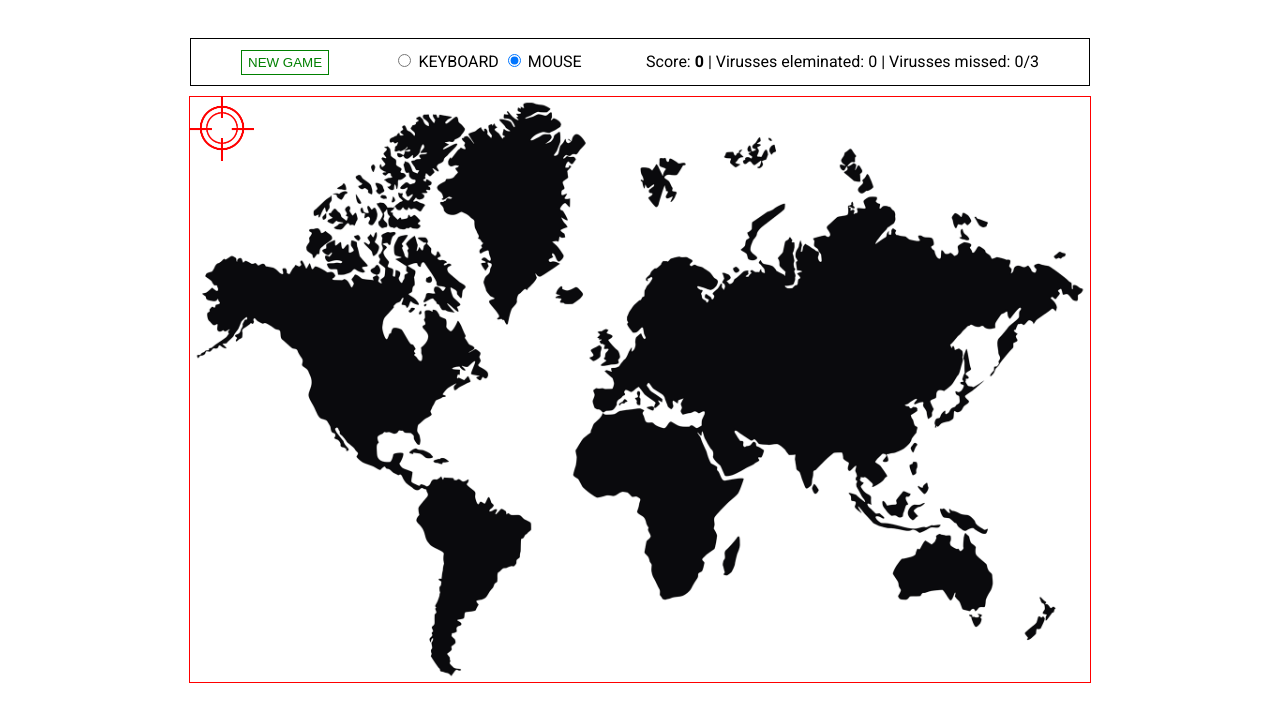
Repository: Baterka/DestroyTheVirus
Page: index.html
The author's editor kept a copy of each file at every save. The page is drawn from the files as they stood at one save, then again after the next save.
The browser window is 1280 px wide. The pictures show the whole page.

Above is the page before, as saved 2020-03-19 21:42:54.

### index.html
<!DOCTYPE html>
<html lang="en">

<head>
    <meta charset="utf-8">
    <meta http-equiv="X-UA-Compatible" content="IE=edge">
    <title></title>
    <meta name="description" content="">
    <meta name="viewport" content="width=device-width, initial-scale=1">
    <link rel="stylesheet" href="style.css">
</head>

<body onload="game.init()">
    <audio id="successSound">
        <!-- https://freesound.org/people/InspectorJ/sounds/484344/ -->
        <source src="success.wav" type="audio/wav">
    </audio>
    <audio id="failSound">
        <!-- https://freesound.org/people/LorenzoTheGreat/sounds/417794/ -->
        <source src="fail.wav" type="audio/wav">
    </audio>
    <div class="flex-container">
        <div class="flex-row" id="toolbar">
            <div class="col">
                <button id="button_newGame">NEW GAME</button>
            </div>
            <div class="col">
                <input type="radio" id="radio_keyboard" name="input" value="keyboard" onclick="player.changeInput(this);" />
                <label for="radio_keyboard">KEYBOARD</label>
                <input type="radio" id="radio_mouse" name="input" value="mouse" checked onclick="player.changeInput(this);" />
                <label for="radio_mouse">MOUSE</label>
            </div>
            <div class="col scoreboard">
                Score: <b><span id="score">0</span></b> | Virusses eleminated: <span id="eliminated">0</span> | Virusses missed: <span id="missed">0</span>/3
            </div>
        </div>
        <div class="flex-row" id="canvas" ondragstart="return false;" ondrop="return false;">
            <div id="target"></div>
            <div id="virusses">
            </div>
            <div id="gameOver">
                GAME OVER
            </div>
        </div>
    </div>
    <script src="./main.js" async defer></script>
</body>

</html>

### style.css
@import url('https://fonts.googleapis.com/css?family=Roboto:400,700&display=swap');
html,
body,
.flex-container {
    font-family: 'Roboto', sans-serif;
    padding: 0;
    margin: 0;
    width: 100%;
    height: 100%;
}

.flex-container {
    display: flex;
    justify-content: center;
    align-items: center;
    flex-direction: column;
}

#canvas {
    z-index: 0;
    cursor: none;
    position: relative;
    width: calc(20px * 45);
    height: calc(13px * 45);
    border: 1px solid red;
    /* https://cz.pinterest.com/pin/298574650280907774/ */
    background-image: url(./world_map.png);
    background-repeat: no-repeat;
    background-size: 100% 100%;
}

#toolbar {
    margin-bottom: 10px;
    width: calc(20px * 45);
    padding: 10px 50px;
    box-sizing: border-box;
    border: 1px solid black;
    display: flex;
    justify-content: space-between;
    align-items: center;
    flex-direction: row;
}

.col {
    display: inline-block;
    vertical-align: middle;
    line-height: 25px;
}

button {
    height: 25px;
    border: 1px solid black;
    background-color: transparent;
    color: black;
}

#button_newGame:disabled {
    height: 25px;
    border: 1px solid gray;
    background-color: transparent;
    color: gray;
}

#button_newGame {
    color: green;
    border: 1px solid green;
}

#target {
    z-index: -1;
    pointer-events: none;
    position: absolute;
    top: 0;
    left: 0;
    width: 64px;
    height: 64px;
    /* https://www.stickpng.com/img/miscellaneous/symbols/red-target */
    background-image: url(./target.png);
    background-repeat: no-repeat;
    background-size: 100% 100%;
}

.virus {
    z-index: -2;
    position: absolute;
    top: 0;
    left: 0;
    width: 46px;
    height: 75px;
    background-image: url(./corona.png);
    background-repeat: no-repeat;
    background-size: 100% 100%;
}

.virus .clickable {
    width: 46px;
    height: 46px;
    border-radius: 46px;
}

#deadZone {
    z-index: 0;
    width: 100%;
    height: 100%;
    background-color: rgba(255, 0, 0, 0.7);
}

#gameOver {
    z-index: 0;
    display: none;
    height: 100%;
    align-items: center;
    justify-content: center;
    background-color: rgba(0, 0, 0, .9);
    color: red;
    font-weight: bold;
    font-size: 50px;
}

### main.js
const randomNumber = (min, max) => {
    return Math.floor((Math.random() * max) + min);
}

class Game {
    html = document.getElementsByTagName('html')[0];
    canvas = document.getElementById('canvas');
    target = document.getElementById('target');

    _successAudioElem = document.getElementById("successSound");
    _failAudioElem = document.getElementById("failSound");

    _buttonNewGameElem = document.getElementById('button_newGame');

    tps = 60;

    canvasOffset = {
        x: 0,
        y: 0
    }

    targetSize = {
        width: 0,
        height: 0
    }

    mapBoundary = {
        minX: 0,
        minY: 0,
        maxX: 0,
        maxY: 0
    }

    // ENUM: RUNNING, GAMEOVER
    gameState = "GAMEOVER"

    constructor(player, world) {
        this._Player = player;
        this._World = world;
        window.addEventListener("resize", this._debounce(this._onWindowResize.bind(this)));
    }

    /**
     * Called after DOM rendered
     */
    init() {
        const targetRect = this.target.getBoundingClientRect();
        this.targetSize = {
            width: targetRect.width / 2,
            height: targetRect.height / 2
        }

        const canvasRect = this.canvas.getBoundingClientRect();
        this.mapBoundary = {
            minX: 0,
            minY: 0,
            maxX: canvasRect.width - this.targetSize.width * 2,
            maxY: canvasRect.height - this.targetSize.width * 2
        }

        this._onWindowResize();

        setInterval(() => this._tick(), 1000 / this.tps);

        this._buttonNewGameElem.addEventListener("click", e => {
            if (this.gameState !== "RUNNING") {
                this._World.toggleGameOver(true);
                this._Player._Virus.toggleSpawning(true);
                this._buttonNewGameElem.disabled = true;
                this._Player.resetScore()
            }
        });
    }

    /**
     * Game tick
     */
    _tick() {
        let x = (this._Player.pos.x - this.canvasOffset.x);
        let y = (this._Player.pos.y - this.canvasOffset.y);

        // Allow "corner sliding"
        x = (x > this.mapBoundary.minX ? (x < this.mapBoundary.maxX ? x : this.mapBoundary.maxX) : this.mapBoundary.minX)
        y = (y > this.mapBoundary.minY ? (y < this.mapBoundary.maxY ? y : this.mapBoundary.maxY) : this.mapBoundary.minY)

        this.target.style.left = x + "px";
        this.target.style.top = y + "px";
    }

    /**
     * Called on window resize (if not resized for more than 50ms to avoid lag)
     */
    _onWindowResize() {
        this.canvasOffset = {
            x: this.canvas.offsetLeft + this.targetSize.width,
            y: this.canvas.offsetTop + this.targetSize.height
        }
        console.log("Window resized! New cancas offset:", this.canvasOffset);
    }

    /**
     * Used to prevent window resize lag.
     * https://stackoverflow.com/questions/45905160/javascript-on-window-resize-end
     */
    _debounce(endFunc) {
        let timer;
        return event => {
            if (timer) clearTimeout(timer);
            timer = setTimeout(endFunc, 50, event);
        };
    }

    addScore() {
        this._successAudioElem.pause();
        this._successAudioElem.currentTime = 0;
        this._successAudioElem.play();
        this._Player.setScore(1);
    }

    deleteScore() {
        this._failAudioElem.pause();
        this._failAudioElem.currentTime = 0;
        this._failAudioElem.play();
        this._Player.setScore(-1);

        if (this._Player.missed >= this._Player.maxMissed || this._Player.score < 0) {
            this._World.toggleGameOver();
            this._Player._Virus.toggleSpawning(false);
            this.gameState === "GAMEOVER";
            this._buttonNewGameElem.disabled = false;
        }
    }
}

class Player {

    canvas = document.getElementById('canvas');
    _scoreElem = document.getElementById('score');
    _eliminatedElem = document.getElementById('eliminated');
    _missedElem = document.getElementById('missed');

    keyboardSpeed = 10;

    pos = {
        x: 0,
        y: 0
    }

    score = 0;
    eliminated = 0;
    missed = 0;

    maxMissed = 3;

    _Virus = null;

    constructor(radioElem) {
        this.changeInput(radioElem);

        // Start listening to input events
        this._listenToEvents();
    }


    setVirus(virus) {
        this._Virus = virus;
    }

    changeInput(radioElem) {
        if (radioElem.value !== this.radio_input) {
            this.radio_input = radioElem.value;
            console.log("Input type changed to:", this.radio_input);
        }
    }

    resetScore() {
        this.score = 0;
        this.eliminated = 0;
        this.missed = 0;

        this._scoreElem.innerHTML = this.score;
        this._eliminatedElem.innerHTML = this.eliminated;
        this._missedElem.innerHTML = this.missed;
    }

    setScore(add) {
        this.score += add;
        if (add > 0)
            this.eliminated++;
        if (add < 0)
            this.missed++;

        this._scoreElem.innerHTML = this.score;
        this._eliminatedElem.innerHTML = this.eliminated;
        this._missedElem.innerHTML = this.missed;
    }

    _listenToEvents() {
        this.canvas.addEventListener("mousemove", e => {
            if (this.radio_input !== 'mouse')
                return;

            this.pos = { x: e.clientX, y: e.clientY };
        });

        this.canvas.addEventListener("click", e => {
            const parent = e.target.parentElement;
            if (parent.className == 'virus') {
                console.log("Clicked on virus ID:", parent.id);
                if (!this._Virus)
                    return console.error("Virus Manager is not attached. Cannot call onClick action!");
                this._Virus.onClick(parent.id);
            }
        });

        document.addEventListener("keydown", e => {
            if (this.radio_input !== 'keyboard')
                return;

            switch (e.key) {
                case "w":
                    this.pos.y -= this.keyboardSpeed;
                    break;
                case "s":
                    this.pos.y += this.keyboardSpeed;
                    break;
                case "a":
                    this.pos.x -= this.keyboardSpeed;
                    break;
                case "d":
                    this.pos.x += this.keyboardSpeed;
                    break;
                default:
                    console.log("Undefined key pressed:", e.key);
                    break;
            }
        });
    }
}

class Virus {
    _parentElem = document.getElementById('virusses');
    _virusElem = document.createElement("div");

    _list = {};

    _spawningEnabled = false;

    _spawnRate = 2000;

    constructor(game) {
        this._Game = game;
        this._virusElem.className = "virus";
        const clickableElem = document.createElement("div");
        clickableElem.className = "clickable";
        clickableElem.onClick = e => {
            console.log(e);
        }
        this._virusElem.appendChild(clickableElem);

        if (this._spawningEnabled)
            this._spawner();
    }

    _spawner() {
        setTimeout(() => {
            if (!this._spawningEnabled)
                return;
            const x = randomNumber(this._Game.mapBoundary.minX, this._Game.mapBoundary.maxX + 15);
            const y = randomNumber(this._Game.mapBoundary.minY, this._Game.mapBoundary.maxY - 13);
            this.spawn(x, y);
            console.log(this._spawnRate);
            this._spawner();
        }, --this._spawnRate);
    }

    toggleSpawning(enable) {
        this._spawningEnabled = enable;
        console.log("Virus spawning:", enable ? "enabled" : "disabled");
        if (this._spawningEnabled)
            this._spawner();
    }

    spawn(x, y) {
        const virusElem = this._virusElem.cloneNode(true);
        virusElem.style.left = x + "px";
        virusElem.style.top = y + "px";
        virusElem.id = this._list.length;
        this._list[virusElem.id] = virusElem;
        this._parentElem.appendChild(virusElem);
        this._autoHide(virusElem.id);
    }

    _autoHide(id) {
        setTimeout(() => {
            const elem = this._list[id];
            if (!elem)
                return;
            this._Game.deleteScore();
            elem.remove();
            delete this._list[id];
        }, 1000);
    }

    /**
     * Handling clicks on viruses
     */
    onClick(id) {
        if (!this._spawningEnabled)
            return;
        const elem = this._list[id];
        if (!elem)
            return;
        elem.remove();
        this._Game.addScore();
        delete this._list[id];
    }
}

class World {
    _gameOverElem = document.getElementById("gameOver");

    constructor() {

    }

    toggleGameOver(hide = false) {
        if (hide === false)
            console.log("GAME OVER!");
        this._gameOverElem.style.display = hide ? "none" : "flex";
    }
}

const world = new World();
const player = new Player(document.querySelector('input[name="input"]:checked'));
const game = new Game(player, world);
const virus = new Virus(game);
player.setVirus(virus);

After the next save:
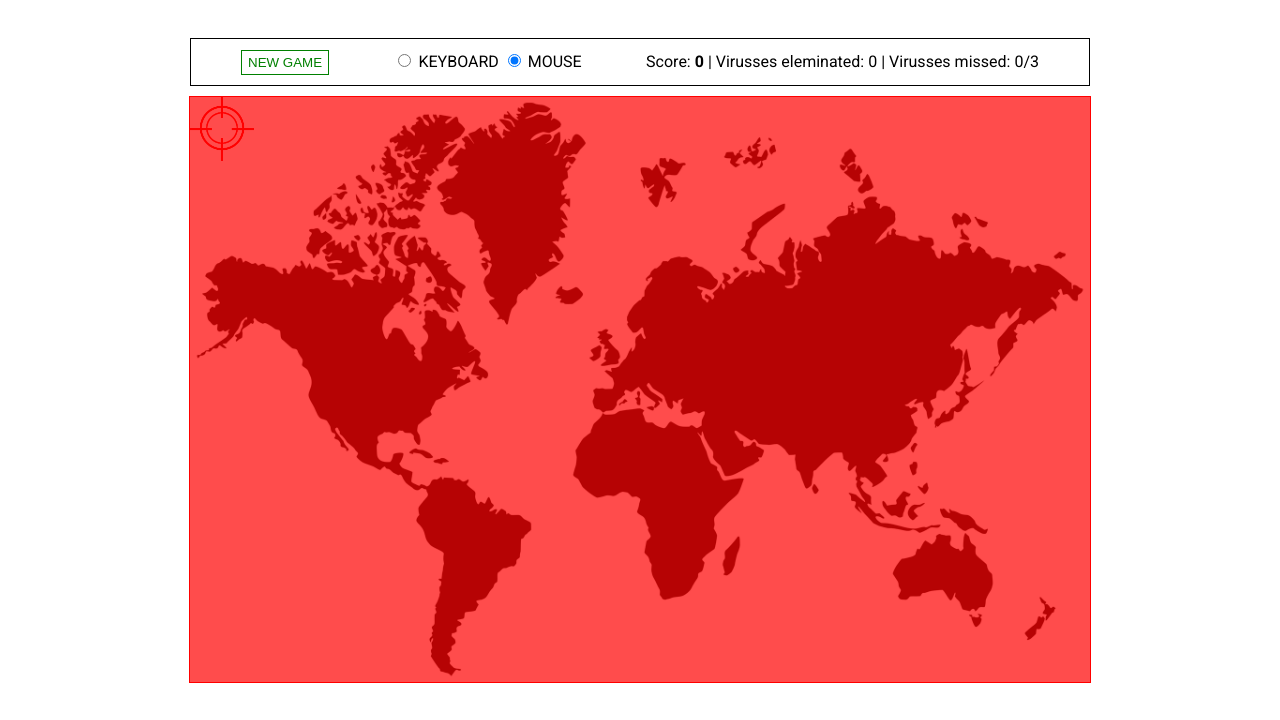
Saved 19 s later.
--- a/index.html
+++ b/index.html
@@ -41,6 +41,7 @@
             <div id="gameOver">
                 GAME OVER
             </div>
+            <div id="deadZone"></div>
         </div>
     </div>
     <script src="./main.js" async defer></script>
